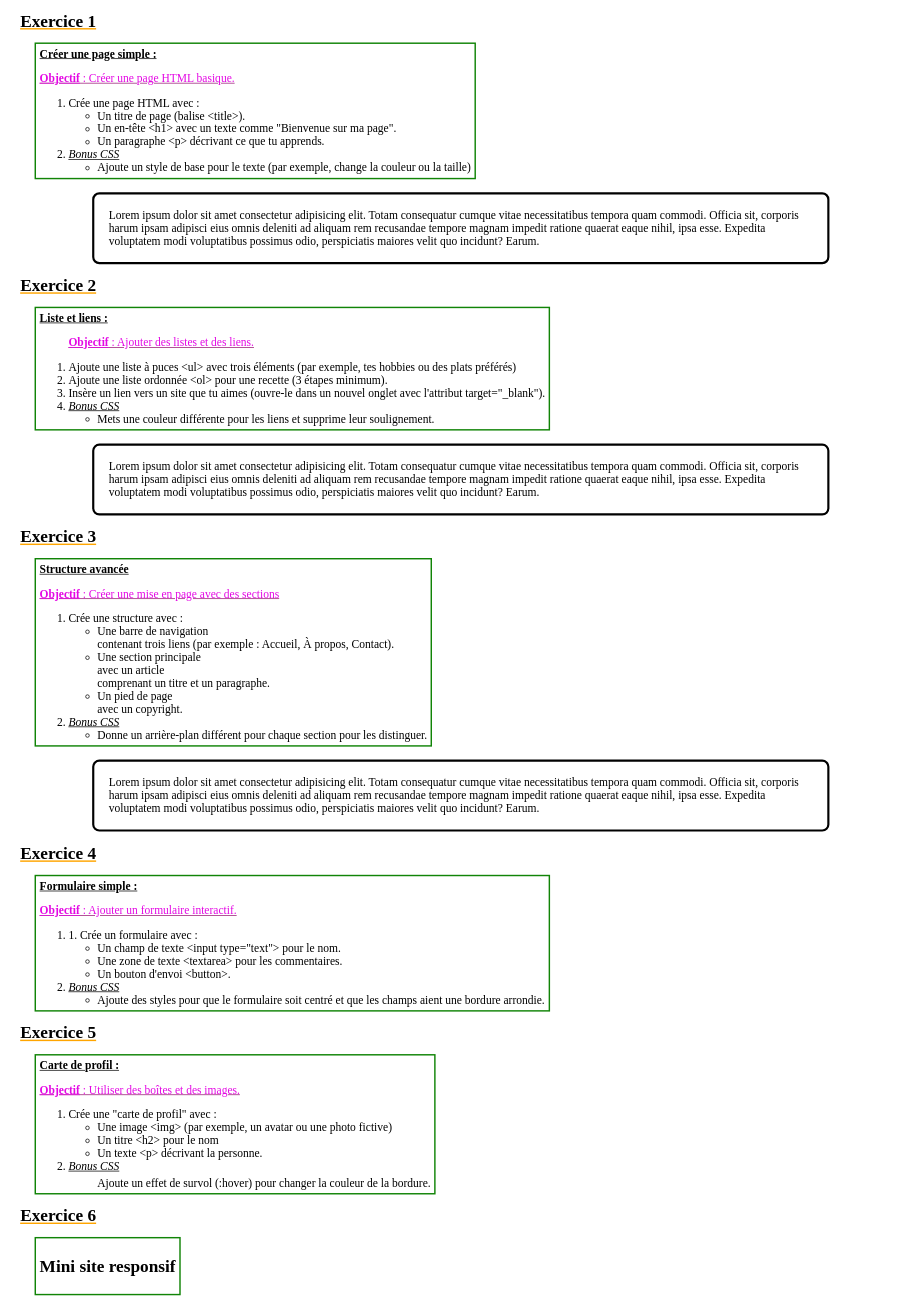
Repository: AnnaSpirit/Mimo_App
Page: Exercices_HTML&CSS.html
An editor plug-in stored every save of this project. The page is shown before and after a run of saves, followed by the edit.
The browser window is 1280 px wide. The pictures show the whole page, at 72% of full size.

Above is the page before, as saved 2024-12-08 10:54:37.

### Exercices_HTML&CSS.html
<!DOCTYPE html>
<html lang="en">
<head>
    <meta charset="UTF-8">
    <meta name="viewport" content="width=device-width, initial-scale=1.0">
    <link rel="stylesheet" href="styleCSS.css">
    <title>Exercices HTML & CSS</title>
</head>
<body>
<div>
    <h1>Exercice 1</h1>
    <span class="Consigne"><b>Créer une page simple :</b><br>
        <p><b>Objectif</b> : Créer une page HTML basique.</p>
        <ol>
            <li>Crée une page HTML avec :
                <ul>
                    <li>Un titre de page (balise &lt;title&gt;).</li>
                    <li>Un en-tête &lt;h1&gt; avec un texte comme "Bienvenue sur ma page".</li>
                    <li>Un paragraphe &lt;p&gt; décrivant ce que tu apprends.</li>
                </ul>
            </li>
            <li><em>Bonus CSS</em>
                <ul>
                    <li>Ajoute un style de base pour le texte (par exemple, change la couleur ou la taille)</li>
                </ul>
            </li>
        </ol>
    </span>
    <br>
    <br>
    <span class="Resultat">Lorem ipsum dolor sit amet consectetur adipisicing elit. Totam consequatur cumque vitae necessitatibus tempora quam commodi. Officia sit, corporis harum ipsam adipisci eius omnis deleniti ad aliquam rem recusandae tempore magnam impedit ratione quaerat eaque nihil, ipsa esse. Expedita voluptatem modi voluptatibus possimus odio, perspiciatis maiores velit quo incidunt? Earum.</span>

</div>
    <div>
        <h1>Exercice 2</h1>
    <span class="Consigne"><b>Liste et liens :</b>
        <ol>
            <p><b>Objectif</b> : Ajouter des listes et des liens.</p>
            <li>Ajoute une liste à puces &lt;ul&gt; avec trois éléments (par exemple, tes hobbies ou des plats préférés)</li>
            <li>Ajoute une liste ordonnée &lt;ol&gt; pour une recette (3 étapes minimum).</li>
            <li>Insère un lien <a> vers un site que tu aimes (ouvre-le dans un nouvel onglet avec l'attribut target="_blank").</li>
            <li><em>Bonus CSS</em>
                <ul>
                    <li>Mets une couleur différente pour les liens et supprime leur soulignement.</li>
                </ul>
            </li>
        </ol>
    </span>
    <br>
    <br>
    <span class="Resultat">Lorem ipsum dolor sit amet consectetur adipisicing elit. Totam consequatur cumque vitae
        necessitatibus tempora quam commodi. Officia sit, corporis harum ipsam adipisci eius omnis deleniti ad aliquam rem
        recusandae tempore magnam impedit ratione quaerat eaque nihil, ipsa esse. Expedita voluptatem modi voluptatibus
        possimus odio, perspiciatis maiores velit quo incidunt? Earum.</span>
    </div>
    <div>
        <h1>Exercice 3</h1>
        <span class="Consigne"><b>Structure avancée</b><br>
        <p><b>Objectif</b> : Créer une mise en page avec des sections</p>
        <ol>
            <li>Crée une structure avec :</li>
            <ul>
                <li>Une barre de navigation <nav> contenant trois liens (par exemple : Accueil, À propos, Contact).</li>
                <li>Une section principale <main> avec un article <article> comprenant un titre et un paragraphe.</li>
                <li>Un pied de page <footer> avec un copyright.</li>
            </ul>
            <li><em>Bonus CSS </em></li>
            <ul>
                <li>Donne un arrière-plan différent pour chaque section pour les distinguer.</li>
            </ul></li>
        </ol>
    </span>
    <br>
    <br>
    <span class="Resultat">Lorem ipsum dolor sit amet consectetur adipisicing elit. Totam consequatur cumque vitae
        necessitatibus tempora quam commodi. Officia sit, corporis harum ipsam adipisci eius omnis deleniti ad aliquam rem
        recusandae tempore magnam impedit ratione quaerat eaque nihil, ipsa esse. Expedita voluptatem modi voluptatibus
        possimus odio, perspiciatis maiores velit quo incidunt? Earum.</span>
    </div>
    <div>
        <h1>Exercice 4</h1>
    <span class="Consigne"><b>Formulaire simple :</b><br>
        <p><b>Objectif</b> : Ajouter un formulaire interactif.</p>
        <ol>
            <li>1. Crée un formulaire avec :</li>
                <ul>
                    <li>Un champ de texte &lt;input type="text"&gt; pour le nom.</li>
                    <li>Une zone de texte &lt;textarea&gt; pour les commentaires.</li>
                    <li>Un bouton d'envoi &lt;button&gt;.</li>
                </ul>
            </li>
            <li><em>Bonus CSS</em>
                <ul>
                    <li>Ajoute des styles pour que le formulaire soit centré et que les champs aient une bordure arrondie.</li>
                </ul>
            </li>
        </ol>
    </div>
    <div>
        <h1>Exercice 5</h1>
        <span class="Consigne"><b>Carte de profil :</b><br>
            <p><b>Objectif</b> : Utiliser des boîtes et des images.</p>
            <ol>
                <li>Crée une "carte de profil" avec :</li>
                    <ul>
                        <li>Une image &lt;img&gt; (par exemple, un avatar ou une photo fictive)</li>
                    <li>Un titre &lt;h2&gt; pour le nom</li>
                    <li>Un texte &lt;p&gt; décrivant la personne.</li>
                    </ul>
                <li><em>Bonus CSS</em></li>
                    <ol>Ajoute un effet de survol (:hover) pour changer la couleur de la bordure.</ol>
                </li>
            </ol>
    </div>
    <div>
        <h1>Exercice 6</h1>

    <span class="Consigne">
        <h2>Mini site responsif</span>
    </div>
</body>
</html>

### styleCSS.css
html{
    margin: 0 20px 0 20px;
}
h1{
    font-weight: bold;
    font-size: x-large;
    text-decoration: underline orange;
}

ol{
    margin-top: 5px;
    margin-bottom: 0;
}

.Consigne{
    border: 2px solid rgb(17, 132, 7);
        /* Une bordure noire de 2px */
        padding: 5px;
        /* Espace entre le texte et la bordure */
        display: inline-block;
        /* S'assurer que la bordure s'adapte au texte */
        margin: 0 20px;
            /* Décalage de 20px à droite et à gauche */
}
p{
    text-decoration: underline rgb(149, 18, 112);
    color: rgb(228, 7, 228);
}
b, em{
    font-family: fantasy;
    text-decoration: underline;
}
.Resultat{
    border: 3px solid black;
    /* Une bordure noire de 2px */
    padding: 20px;
    /* Espace entre le texte et la bordure */
    border-radius: 10px;
    /* Coins arrondis */
    display: inline-block;
    /* S'assurer que la bordure s'adapte au texte */
    margin: 0 100px 0 100px;
}

After the next 2 saves:
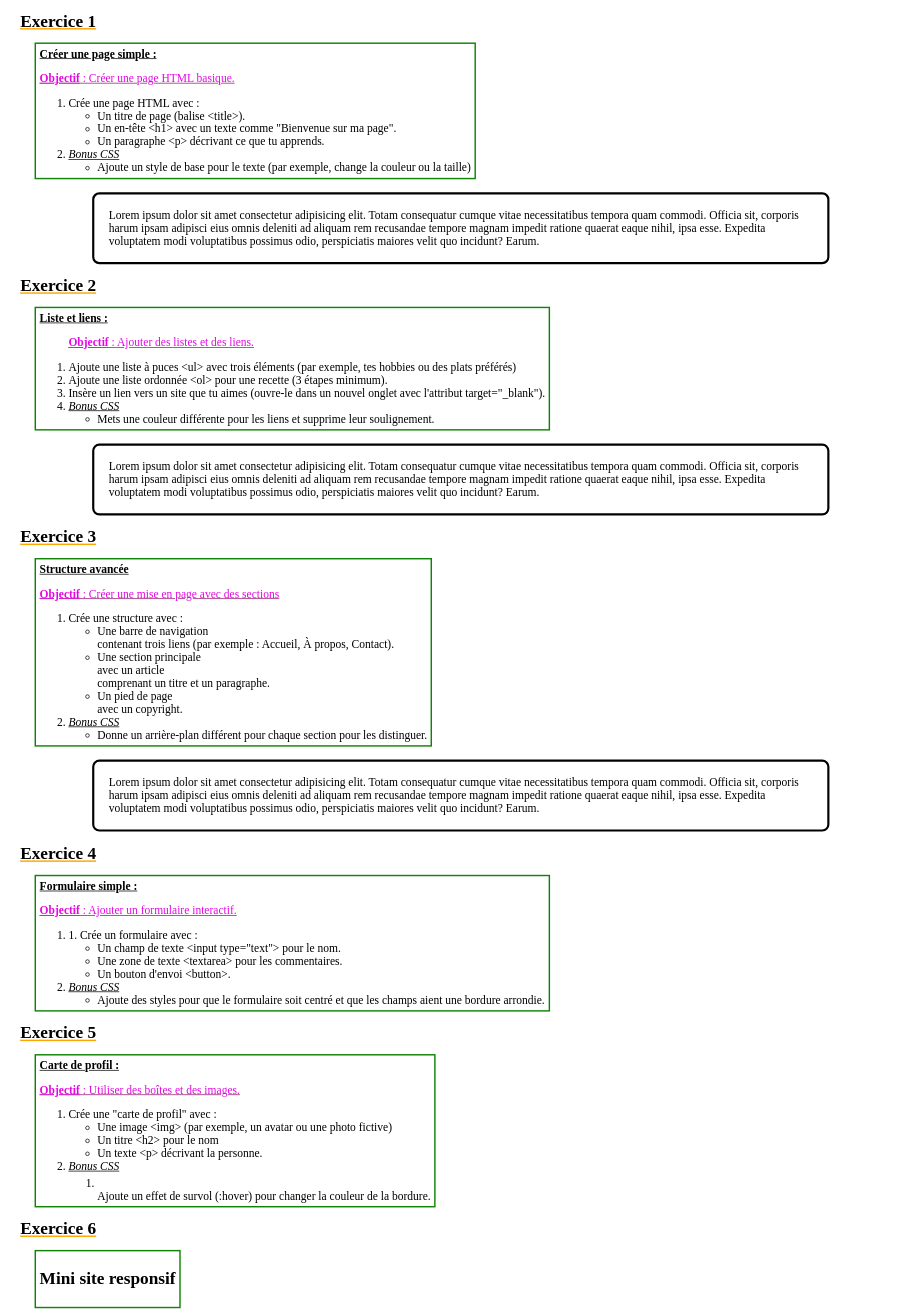
The 2 saves are shown as one change because they came seconds apart.
The last was saved 10 s later.
--- a/Exercices_HTML&CSS.html
+++ b/Exercices_HTML&CSS.html
@@ -108,7 +108,7 @@
                     <li>Un texte &lt;p&gt; décrivant la personne.</li>
                     </ul>
                 <li><em>Bonus CSS</em></li>
-                    <ol>Ajoute un effet de survol (:hover) pour changer la couleur de la bordure.</ol>
+                    <ol><li></li>Ajoute un effet de survol (:hover) pour changer la couleur de la bordure.</ol>
                 </li>
             </ol>
     </div>

After the save that followed:
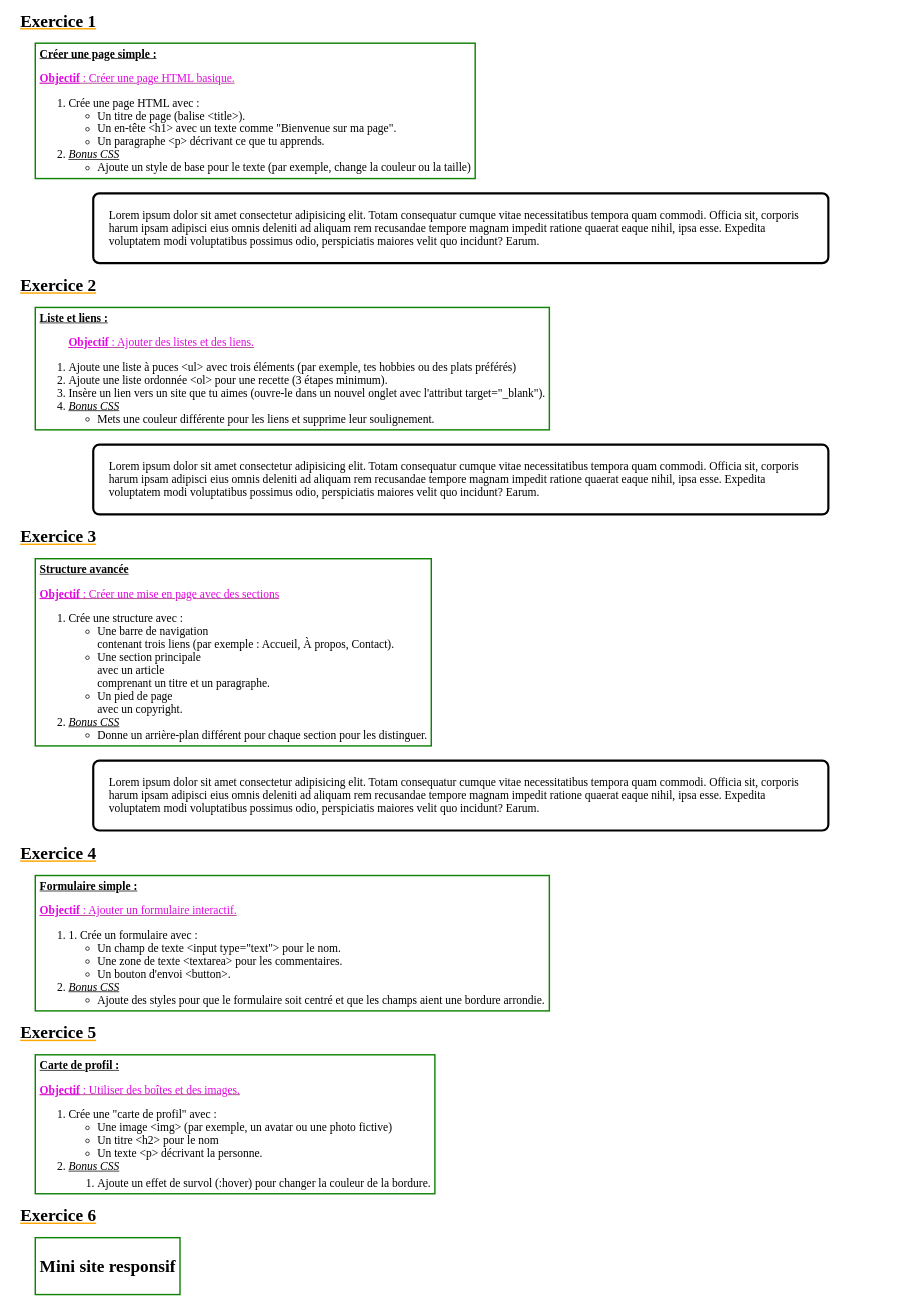
Saved 10 s later.
--- a/Exercices_HTML&CSS.html
+++ b/Exercices_HTML&CSS.html
@@ -108,7 +108,7 @@
                     <li>Un texte &lt;p&gt; décrivant la personne.</li>
                     </ul>
                 <li><em>Bonus CSS</em></li>
-                    <ol><li></li>Ajoute un effet de survol (:hover) pour changer la couleur de la bordure.</ol>
+                    <ol><li>Ajoute un effet de survol (:hover) pour changer la couleur de la bordure.</li></ol>
                 </li>
             </ol>
     </div>
